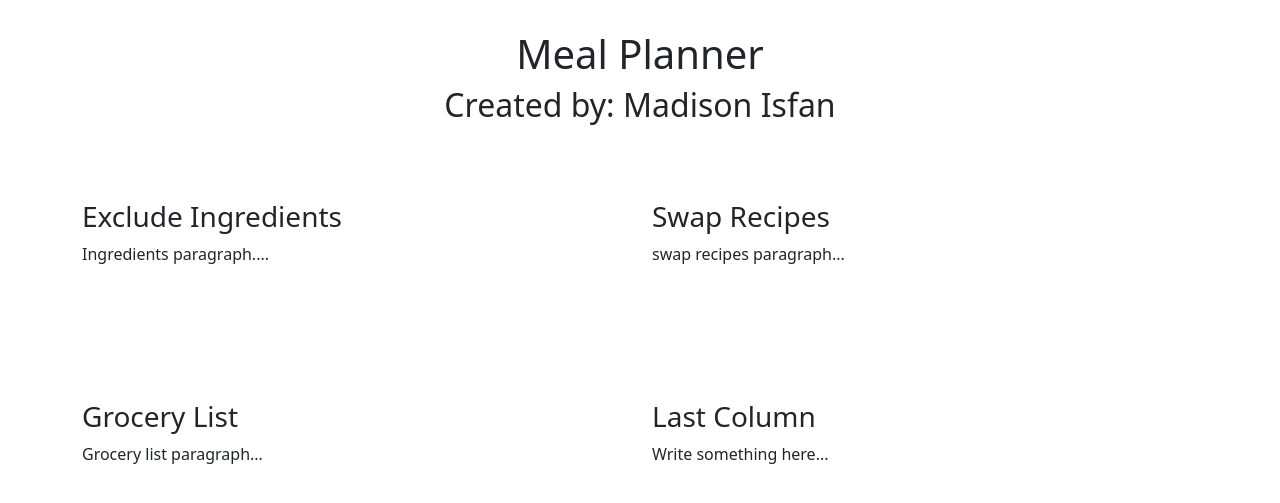
Repository: madisonisfan/Meal-Planner
Page: index.html
The author's editor kept a copy of each file at every save. The page is drawn from the files as they stood at one save, then again after the next save.
The browser window is 1280 px wide. The pictures show the whole page.
Some web libraries are served in a nearby version.

Above is the page before, as saved 2021-02-17 16:28:15.

### index.html
<!DOCTYPE html>
<head>

    <meta charset="utf-8"/>
    <meta name="viewport" content="width=device-width, initial-scale=1"/>

    <link rel="stylesheet" href="node_modules/bootstrap/dist/css/bootstrap.min.css" />

    <link rel="stylesheet" href="css/styles.css"/>
    <title> Meal Planner </title>
</head>

<body>

    <header class="jumbotron">
        <div class="container">
            <div class="row row-content ">
                <div class="col text-center">
                    <h1>Meal Planner</h1>
                    <h2>Created by: Madison Isfan</h2>
                </div>
            </div>
        </div>

    </header>

    <div class="container  ">
        <div class="row row-content">
            <div class="col-6">
                <h3>Exclude Ingredients</h3>
                <p>Ingredients paragraph....</p>
            </div>
            <div class="col-6">
                <h3>Swap Recipes</h3>
                <p>swap recipes paragraph...</p>
            </div>
        </div>

        <div class="row row-content">
            <div class="col">
                <h3>Grocery List</h3>
                <p>Grocery list paragraph...</p>
            </div>
            <div class="col">
                <h3>Last Column</h3>
                <p>Write something here...</p>
            </div>
        </div>


    </div> <!--End of container-->


    <script src="node_modules/jquery/dist/jquery.slim.min.js"></script>
    <script src="node_modules/popper.js/dist/umd/popper.min.js"></script>
    <script src="node_modules/bootstrap/dist/js/bootstrap.min.js"></script>
</body>


</html>

### css/styles.css
header {
  height: 200px;
}

.row-content {
  min-height: 200px;
}

.jumbotron {
  padding: 30px;
}

After the next save:
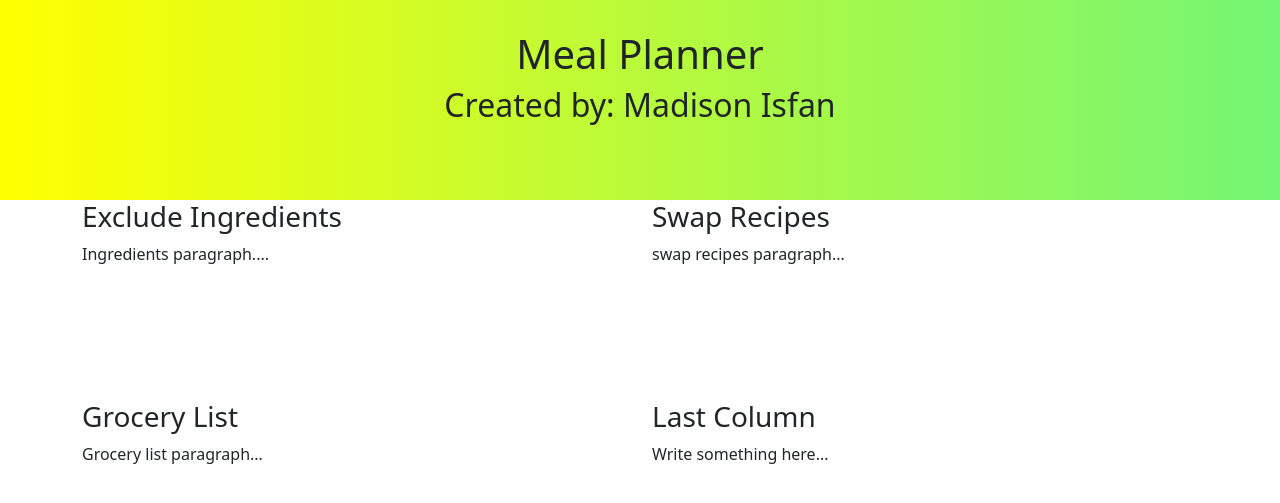
Saved 51 s later.
--- a/css/styles.css
+++ b/css/styles.css
@@ -8,4 +8,5 @@ header {
 
 .jumbotron {
   padding: 30px;
+  background-image: linear-gradient(to right, yellow, rgb(116, 245, 116));
 }
